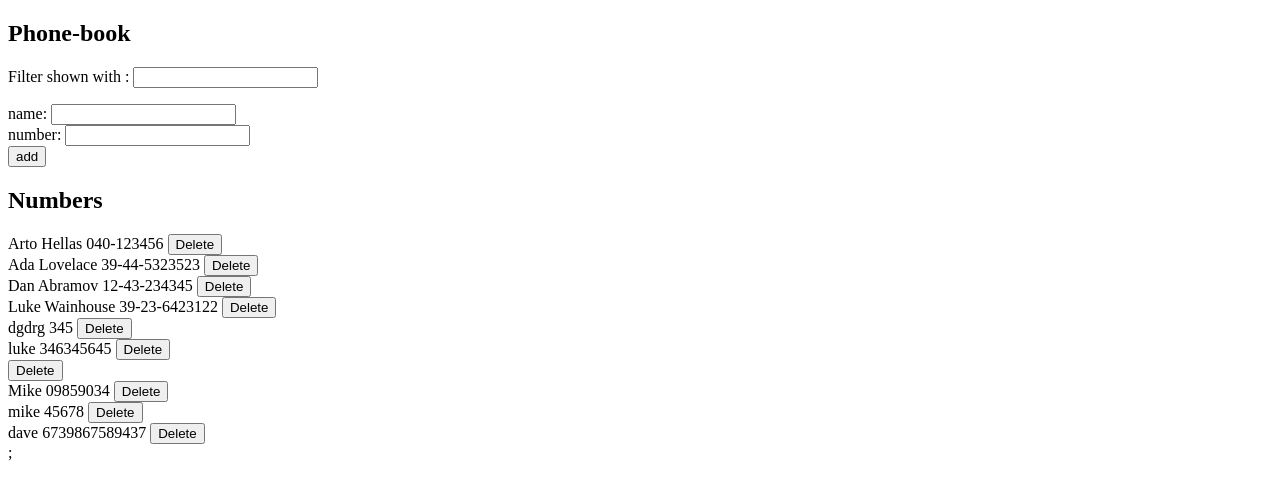
Repository: Wainhouse/Full_Stack_Open_2022
Page: / (app in part2/phonebook/)
The author's editor kept a copy of each file at every save. The page is drawn from the files as they stood at one save, then again after the next save.
The browser window is 1280 px wide. The pictures show the whole page.
The project was rebuilt for these pictures with package versions that can differ from the ones it lists, and the page was loaded fresh each time. Requests to the local data server were answered from the project's data file.

Above is the page before, as saved 2022-12-06 14:51:17.

### part2/phonebook/src/App.js
import { useState, useEffect } from "react";
import People from "./components/People";
import { Form } from "./components/Form";
import { Search } from "./components/Search";
import personsService from './services/Persons'

const App = () => {
  const [persons, setPersons] = useState([]);
  const [newName, setNewName] = useState("");
  const [newNumber, setNewNumber] = useState("");
  const [filterName, setFilterName] = useState("");
  const [personsSearch, setPersonsSearch] = useState([]);

  useEffect(() => {
    personsService
      .getAll()
      .then(initialPersons => {
        setPersons(initialPersons);
        setPersonsSearch(initialPersons);
      });
  }, []);

  const deletePerson = (id, name) => {
    if (window.confirm(`Delete ${name}?`)) {
      personsService.remove(id).then((response) => {
        const updatedPersons = persons.filter((person) => person.id !== id);
        setPersons(updatedPersons);
        setPersonsSearch(updatedPersons);
      });
    }
};

  const addPerson = (event) => {
    event.preventDefault();
    const nameObject = {
      name: newName,
      number: newNumber
    };

    personsService
      .create(nameObject)
      .then(returnedAddPerson => {
        setPersons(persons.concat(returnedAddPerson))
        setNewName('')
        setNewNumber('')
      })


    if (persons.some((person) => person.name === newName)) {
      alert(`${newName} already exists`);
    } else {
      setPersons(persons.concat(nameObject));
      setPersonsSearch(persons.concat(nameObject));
      setNewName("");
      setNewNumber("");
    }
  };


  const handlePersonChange = (event) => {
    console.log(event.target.value);
    setNewName(event.target.value);

  };

  const handleNumberChange = (event) => {
    setNewNumber(event.target.value);
  };

  const handleSearch = (event) => {
    const search = event.target.value;
    setFilterName(search);
    setPersonsSearch(
        persons.filter((person) => person.name.toLowerCase().includes(search))
      );
  };


  return (
    <>
      <h2>Phone-book</h2>
      <Search
      filterName={filterName}
      handleSearch={handleSearch}/>
      <Form
      addPerson = {addPerson}
      newName = {newName}
      newNumber = {newNumber}
      handlePersonChange = {handlePersonChange}
      handleNumberChange = {handleNumberChange}
      />
      <h2>Numbers</h2>
        <People personsSearch={personsSearch} deletePerson={deletePerson}/>
    </>
  );
};

export default App;

### part2/phonebook/src/components/People.js
const People = ({ personsSearch, deletePerson }) => {
    return (
      <>
        {personsSearch?.map((person) => (
          <div key={person.name}>
            {person.name} {person.number}{" "}
            <button onClick={() => deletePerson(person.id, person.name)}>Delete</button>
          </div>
        ))}
        ;
      </>
    );
  };

export default People;

### part2/phonebook/src/components/Form.js
import React from "react";

export const Form = ({addPerson, newName, newNumber, handlePersonChange, handleNumberChange}) => {
  return (
    <div>
      <form onSubmit={addPerson}>
        <div>
          name: <input value={newName} onChange={handlePersonChange} />
          <br />
          number: <input value={newNumber} onChange={handleNumberChange} />
        </div>
        <div>
          <button type="submit">add</button>
        </div>
      </form>
    </div>
  );
};

### part2/phonebook/src/components/Search.js
import React from 'react'

export const Search = ({filterName, handleSearch}) => {
  return (
<p>
    Filter shown with : <input value={filterName} onChange={handleSearch} />
</p>  )
}

### part2/phonebook/src/services/Persons.js
import axios from 'axios'
const baseUrl = 'http://localhost:3002/persons'

const getAll = () => {
  const request = axios.get(baseUrl)

  return request.then((response) => response.data)
}

const create = nameObject => {
  const request = axios.post(baseUrl, nameObject)
  return request.then((response) => response.data)
}

const deleteRequest = (id) => {
    const request = axios.delete(`${baseUrl}/${id}`)
    return request.then((response) => response.data)
  }

export default { getAll, create, deleteRequest }

### part2/phonebook/db.json
{
  "persons": [
    {
      "name": "Arto Hellas",
      "number": "040-123456",
      "id": 1
    },
    {
      "name": "Ada Lovelace",
      "number": "39-44-5323523",
      "id": 2
    },
    {
      "name": "Dan Abramov",
      "number": "12-43-234345",
      "id": 3
    },
    {
      "name": "Luke Wainhouse",
      "number": "39-23-6423122",
      "id": 4
    },
    {
      "name": "dgdrg",
      "number": "345",
      "id": 5
    },
    {
      "name": "luke",
      "number": "346345645",
      "id": 6
    },
    {
      "name": "",
      "number": "",
      "id": 7
    },
    {
      "name": "Mike ",
      "number": "09859034",
      "id": 9
    },
    {
      "name": "mike ",
      "number": "45678",
      "id": 10
    },
    {
      "name": "dave",
      "number": "6739867589437",
      "id": 11
    }
  ]
}

Loaded but not shown: part2/phonebook/public/index.html (common file); part2/phonebook/src/index.js (common file)

After the next save:
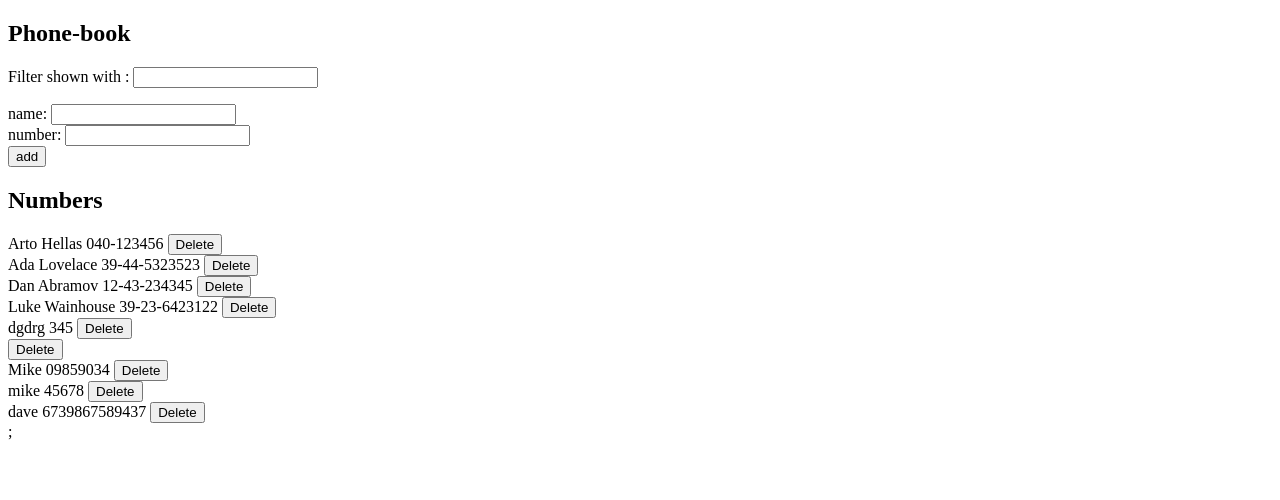
Saved 11 s later.
--- a/part2/phonebook/db.json
+++ b/part2/phonebook/db.json
@@ -26,11 +26,6 @@
       "id": 5
     },
     {
-      "name": "luke",
-      "number": "346345645",
-      "id": 6
-    },
-    {
       "name": "",
       "number": "",
       "id": 7
